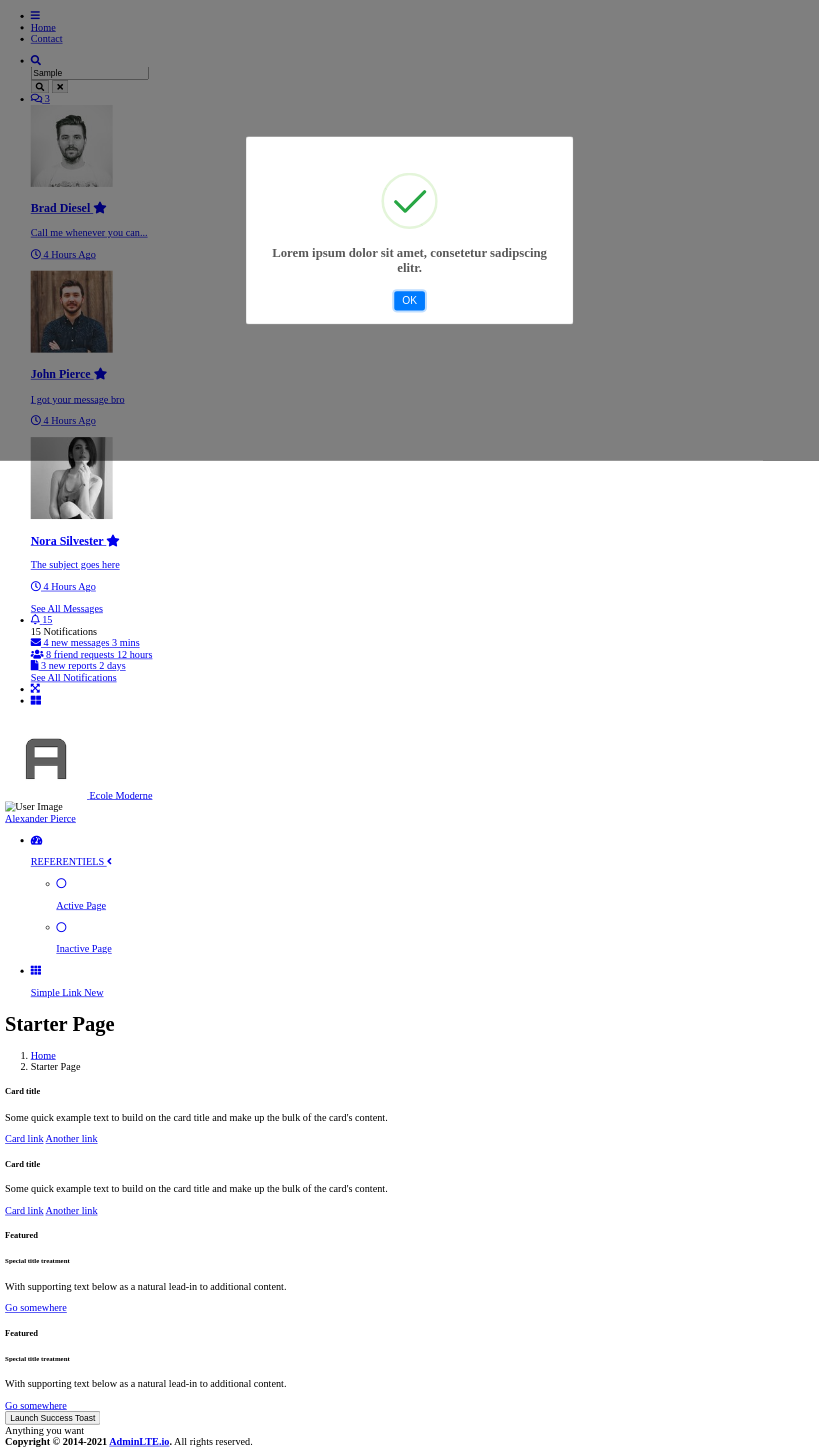
Repository: alangetelengo/SchoolV1
Page: http://localhost/
An editor plug-in stored every save of this project. The page is shown before and after the next save, followed by the edit.
The browser window is 1280 px wide. The pictures show the whole page, at 64% of full size.
Empty fields were first filled with sample values (such as "Sample", 5 or name@example.com).
After loading, the first visible `button.btn-success` was clicked once.
Some web fonts or font styles are not loaded; a fallback is used. The page is served by the project's Laravel application, run on PHP 8.4 with Laravel 9. Other server files are loaded and not shown.

Above is the page before, as saved 2023-04-19 13:43:07.

### routes/web.php
<?php

use Illuminate\Support\Facades\Route;

/*
|--------------------------------------------------------------------------
| Web Routes
|--------------------------------------------------------------------------
|
| Here is where you can register web routes for your application. These
| routes are loaded by the RouteServiceProvider within a group which
| contains the "web" middleware group. Now create something great!
|
*/

Route::get('/', function () {
    return view('accueil');
});

### resources/views/accueil.blade.php
@extends("layouts.app")
@section("corps")

<div class="content-wrapper">
    <div class="content-header">
        <div class="container-fluid">
            <div class="row mb-2">
                <div class="col-sm-6">
                    <h1 class="m-0">Starter Page</h1>
                </div>
                <div class="col-sm-6">
                    <ol class="breadcrumb float-sm-right">
                        <li class="breadcrumb-item"><a href="#">Home</a></li>
                        <li class="breadcrumb-item active">Starter Page</li>
                    </ol>
                </div>
            </div>
        </div>
    </div>
    <div class="content">
        <div class="container-fluid">
            <div class="row">
                <div class="col-lg-6">
                    <div class="card">
                        <div class="card-body">
                            <h5 class="card-title">Card title</h5>
                            <p class="card-text">
                                Some quick example text to build on the card title and make up the bulk of the card's
                                content.
                            </p>
                            <a href="#" class="card-link">Card link</a>
                            <a href="#" class="card-link">Another link</a>
                        </div>
                    </div>
                    <div class="card card-primary card-outline">
                        <div class="card-body">
                            <h5 class="card-title">Card title</h5>
                            <p class="card-text">
                                Some quick example text to build on the card title and make up the bulk of the card's
                                content.
                            </p>
                            <a href="#" class="card-link">Card link</a>
                            <a href="#" class="card-link">Another link</a>
                        </div>
                    </div>
                </div>

                <div class="col-lg-6">
                    <div class="card">
                        <div class="card-header">
                            <h5 class="m-0">Featured</h5>
                        </div>
                        <div class="card-body">
                            <h6 class="card-title">Special title treatment</h6>
                            <p class="card-text">With supporting text below as a natural lead-in to additional content.</p>
                            <a href="#" class="btn btn-primary">Go somewhere</a>
                        </div>
                    </div>
                    <div class="card card-primary card-outline">
                        <div class="card-header">
                            <h5 class="m-0">Featured</h5>
                        </div>
                        <div class="card-body">
                            <h6 class="card-title">Special title treatment</h6>
                            <p class="card-text">With supporting text below as a natural lead-in to additional content.</p>
                            <a href="#" class="btn btn-primary">Go somewhere</a>
                        </div>

                        <button type="button" class="btn btn-success swalDefaultSuccess">
                            Launch Success Toast
                            </button
                    </div>
                </div>
            </div>
        </div>
    </div>
</div>


@endsection
@section('scripts')
    <script>
       //toastr.success("message,title");
        $(function(){
            $('.swalDefaultSuccess').click(function() {
                Swal.fire({
                    icon: 'success',
                    title: 'Lorem ipsum dolor sit amet, consetetur sadipscing elitr.'
                })
            });
        });
    </script>
@endsection

### resources/views/layouts/app.blade.php
<!DOCTYPE html>
<html lang="{{ str_replace('_', '-', app()->getLocale()) }}">
    <head>
        <meta charset="utf-8">
        <meta name="viewport" content="width=device-width, initial-scale=1">

        <title>Laravel</title>

        <!-- Fonts -->
        <link href="https://fonts.bunny.net/css2?family=Nunito:wght@400;600;700&display=swap" rel="stylesheet">


        <link rel="stylesheet" href="https://fonts.googleapis.com/css?family=Source+Sans+Pro:300,400,400i,700&display=fallback">

        <link rel="stylesheet" href="{{ asset("plugins/fontawesome-free/css/all.min.css") }}">

        <link rel="stylesheet" href="{{ asset('plugins/sweetalert2-theme-bootstrap-4/bootstrap-4.min.css') }}">

        <link rel="stylesheet" href="{{ asset('plugins/toastr/toastr.min.css')}} ">

        <link rel="stylesheet" href="{{ asset("dist/css/adminlte.min.css?v=3.2.0") }}">

        @yield('styles')

    </head>
    <body class="hold-transition sidebar-mini">
        <div class="wrapper">
            @include("layouts.header")
            @include("layouts.sidebar")

            @yield("corps")

            @include("layouts.footer")
        </div>

    </body>
</html>

### resources/views/layouts/header.blade.php
<nav class="main-header navbar navbar-expand navbar-white navbar-light">

    <ul class="navbar-nav">
        <li class="nav-item">
        <a class="nav-link" data-widget="pushmenu" href="#" role="button"><i class="fas fa-bars"></i></a>
        </li>
        <li class="nav-item d-none d-sm-inline-block">
        <a href="index3.html" class="nav-link">Home</a>
        </li>
        <li class="nav-item d-none d-sm-inline-block">
        <a href="#" class="nav-link">Contact</a>
        </li>
    </ul>

    <ul class="navbar-nav ml-auto">

        <li class="nav-item">
            <a class="nav-link" data-widget="navbar-search" href="#" role="button">
                <i class="fas fa-search"></i>
            </a>
            <div class="navbar-search-block">
                <form class="form-inline">
                    <div class="input-group input-group-sm">
                        <input class="form-control form-control-navbar" type="search" placeholder="Search" aria-label="Search">
                        <div class="input-group-append">
                            <button class="btn btn-navbar" type="submit">
                                <i class="fas fa-search"></i>
                            </button>
                            <button class="btn btn-navbar" type="button" data-widget="navbar-search">
                                <i class="fas fa-times"></i>
                            </button>
                        </div>
                    </div>
                </form>
            </div>
        </li>

        <li class="nav-item dropdown">
                <a class="nav-link" data-toggle="dropdown" href="#">
                <i class="far fa-comments"></i>
                <span class="badge badge-danger navbar-badge">3</span>
                </a>
                <div class="dropdown-menu dropdown-menu-lg dropdown-menu-right">
                <a href="#" class="dropdown-item">

                <div class="media">
                <img src="dist/img/user1-128x128.jpg" alt="User Avatar" class="img-size-50 mr-3 img-circle">
                <div class="media-body">
                <h3 class="dropdown-item-title">
                Brad Diesel
                <span class="float-right text-sm text-danger"><i class="fas fa-star"></i></span>
                </h3>
                <p class="text-sm">Call me whenever you can...</p>
                <p class="text-sm text-muted"><i class="far fa-clock mr-1"></i> 4 Hours Ago</p>
                </div>
                </div>

                </a>
                <div class="dropdown-divider"></div>
                <a href="#" class="dropdown-item">

                <div class="media">
                <img src="dist/img/user8-128x128.jpg" alt="User Avatar" class="img-size-50 img-circle mr-3">
                <div class="media-body">
                <h3 class="dropdown-item-title">
                John Pierce
                <span class="float-right text-sm text-muted"><i class="fas fa-star"></i></span>
                </h3>
                <p class="text-sm">I got your message bro</p>
                <p class="text-sm text-muted"><i class="far fa-clock mr-1"></i> 4 Hours Ago</p>
                </div>
                </div>

                </a>
                <div class="dropdown-divider"></div>
                <a href="#" class="dropdown-item">

                <div class="media">
                <img src="dist/img/user3-128x128.jpg" alt="User Avatar" class="img-size-50 img-circle mr-3">
                <div class="media-body">
                <h3 class="dropdown-item-title">
                Nora Silvester
                <span class="float-right text-sm text-warning"><i class="fas fa-star"></i></span>
                </h3>
                <p class="text-sm">The subject goes here</p>
                <p class="text-sm text-muted"><i class="far fa-clock mr-1"></i> 4 Hours Ago</p>
                </div>
                </div>

                </a>
                <div class="dropdown-divider"></div>
                <a href="#" class="dropdown-item dropdown-footer">See All Messages</a>
                </div>
        </li>

        <li class="nav-item dropdown">
                <a class="nav-link" data-toggle="dropdown" href="#">
                <i class="far fa-bell"></i>
                <span class="badge badge-warning navbar-badge">15</span>
                </a>
                <div class="dropdown-menu dropdown-menu-lg dropdown-menu-right">
                <span class="dropdown-header">15 Notifications</span>
                <div class="dropdown-divider"></div>
                <a href="#" class="dropdown-item">
                <i class="fas fa-envelope mr-2"></i> 4 new messages
                <span class="float-right text-muted text-sm">3 mins</span>
                </a>
                <div class="dropdown-divider"></div>
                <a href="#" class="dropdown-item">
                <i class="fas fa-users mr-2"></i> 8 friend requests
                <span class="float-right text-muted text-sm">12 hours</span>
                </a>
                <div class="dropdown-divider"></div>
                <a href="#" class="dropdown-item">
                <i class="fas fa-file mr-2"></i> 3 new reports
                <span class="float-right text-muted text-sm">2 days</span>
                </a>
                <div class="dropdown-divider"></div>
                <a href="#" class="dropdown-item dropdown-footer">See All Notifications</a>
                </div>
        </li>
        <li class="nav-item">
            <a class="nav-link" data-widget="fullscreen" href="#" role="button">
            <i class="fas fa-expand-arrows-alt"></i>
            </a>
        </li>
        <li class="nav-item">
            <a class="nav-link" data-widget="control-sidebar" data-slide="true" href="#" role="button">
            <i class="fas fa-th-large"></i>
            </a>
        </li>
    </ul>
</nav>

### resources/views/layouts/sidebar.blade.php
<aside class="main-sidebar sidebar-dark-primary elevation-4">

    <a href="index3.html" class="brand-link">
        <img src="dist/img/AdminLTELogo.png" alt="Ecole Logo" class="brand-image img-circle elevation-3" style="opacity: .8">
        <span class="brand-text font-weight-light">Ecole Moderne</span>
    </a>

    <div class="sidebar">

        <div class="user-panel mt-3 pb-3 mb-3 d-flex">
            <div class="image">
                <img src="#" class="img-circle elevation-2" alt="User Image">
            </div>
            <div class="info">
                <a href="#" class="d-block">Alexander Pierce</a>
            </div>
        </div>

        {{-- <div class="form-inline">
            <div class="input-group" data-widget="sidebar-search">
                <input class="form-control form-control-sidebar" type="search" placeholder="Search" aria-label="Search">
                <div class="input-group-append">
                    <button class="btn btn-sidebar">
                        <i class="fas fa-search fa-fw"></i>
                    </button>
                </div>
            </div>
        </div> --}}

        <nav class="mt-2">
            <ul class="nav nav-pills nav-sidebar flex-column" data-widget="treeview" role="menu" data-accordion="false">

                <li class="nav-item menu-close">
                    <a href="#" class="nav-link active">
                        <i class="nav-icon fas fa-tachometer-alt"></i>
                        <p>
                           REFERENTIELS
                            <i class="right fas fa-angle-left"></i>
                        </p>
                    </a>
                    <ul class="nav nav-treeview">
                        <li class="nav-item">
                            <a href="#" class="nav-link active">
                                <i class="far fa-circle nav-icon"></i>
                                <p>Active Page</p>
                            </a>
                        </li>
                        <li class="nav-item">
                            <a href="#" class="nav-link">
                                <i class="far fa-circle nav-icon"></i>
                                <p>Inactive Page</p>
                            </a>
                        </li>
                    </ul>
                </li>
                <li class="nav-item">
                    <a href="#" class="nav-link">
                        <i class="nav-icon fas fa-th"></i>
                        <p>
                            Simple Link
                            <span class="right badge badge-danger">New</span>
                        </p>
                    </a>
                </li>
            </ul>
        </nav>

    </div>
</aside>

### resources/views/layouts/footer.blade.php

    <aside class="control-sidebar control-sidebar-dark">

        <div class="p-3">
            <h5>Title</h5>
            <p>Sidebar content</p>
        </div>
    </aside>


    <footer class="main-footer">

        <div class="float-right d-none d-sm-inline">
            Anything you want
        </div>

        <strong>Copyright &copy; 2014-2021 <a href="https://adminlte.io">AdminLTE.io</a>.</strong> All rights reserved.
    </footer>
    </div>



    <script src="{{ asset('plugins/jquery/jquery.min.js') }}"></script>

    <script src="{{ asset('plugins/bootstrap/js/bootstrap.bundle.min.js') }}"></script>

    <script src="{{ asset('plugins/sweetalert2/sweetalert2.min.js') }}"></script>

    <script src="{{ asset('plugins/toastr/toastr.min.js') }}"></script>

    <script src="{{ asset('dist/js/adminlte.min.js?v=3.2.0') }}"></script>


    <script>
        $(function(){

        $.ajaxSetup({
            headers: {
                'X-CSRF-TOKEN': $('meta[name="csrf-token"]').attr('content')
            }
        });
        });

        function notification(type,message,title=null)
        {
            switch (type) {
            case "success":
                toastr.success(message,title);
                break;

            case "warning":
                toastr.warning(message,title);
                break;

            case "error":
                toastr.error(message,title);
                break;

            default:
                break;
            }
        }
    </script>

    @yield('scripts')

Loaded but not shown: public/plugins/fontawesome-free/css/all.min.css (library); public/plugins/sweetalert2-theme-bootstrap-4/bootstrap-4.min.css (library); public/plugins/toastr/toastr.min.css (library); public/plugins/jquery/jquery.min.js (library); public/plugins/bootstrap/js/bootstrap.bundle.min.js (library); public/plugins/sweetalert2/sweetalert2.min.js (library); public/plugins/toastr/toastr.min.js (library); public/dist/js/adminlte.min.js (library)

After the next save:
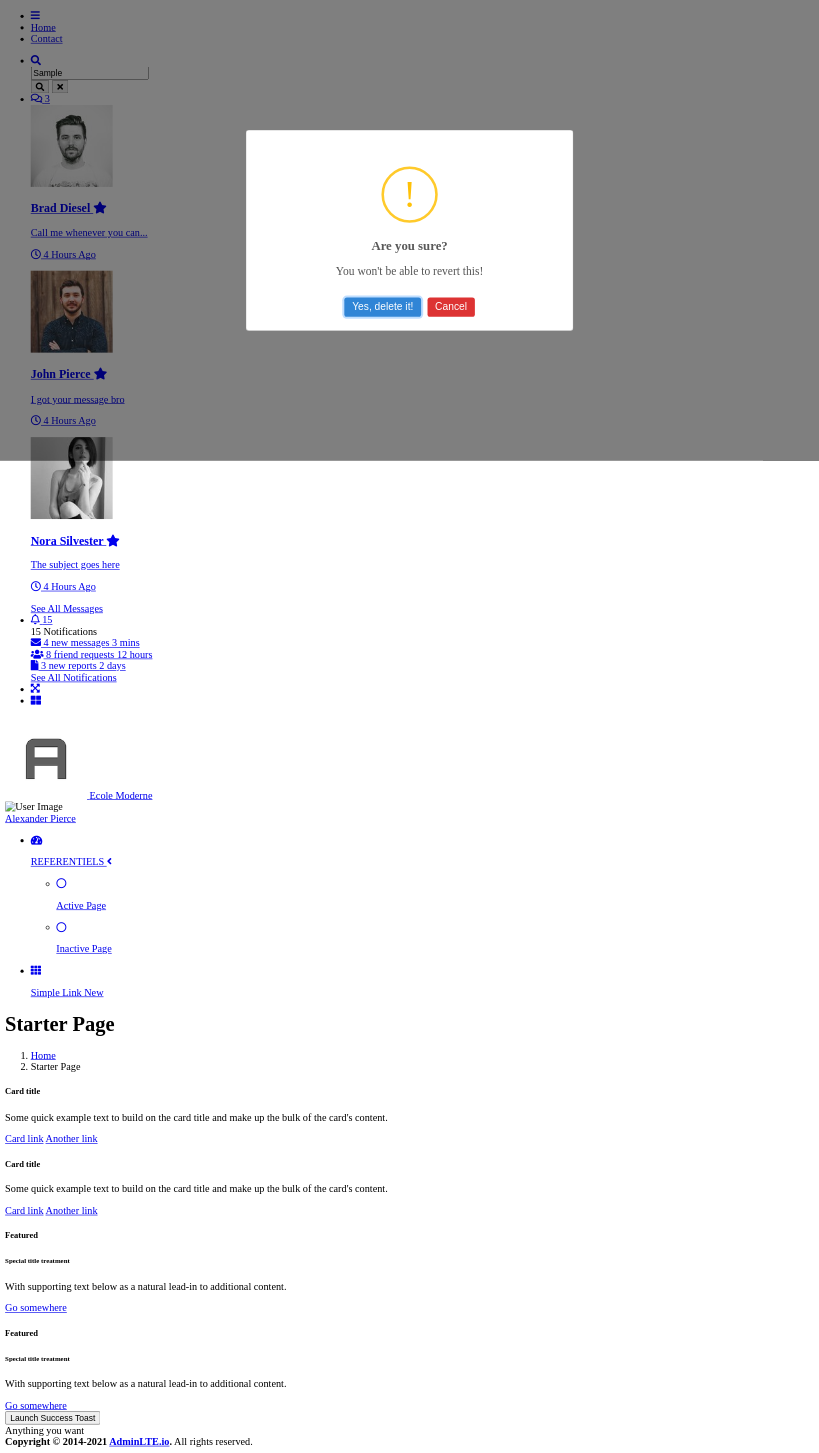
Saved 2 min 59 s later.
--- a/resources/views/accueil.blade.php
+++ b/resources/views/accueil.blade.php
@@ -84,9 +84,22 @@
         $(function(){
             $('.swalDefaultSuccess').click(function() {
                 Swal.fire({
-                    icon: 'success',
-                    title: 'Lorem ipsum dolor sit amet, consetetur sadipscing elitr.'
-                })
+  title: 'Are you sure?',
+  text: "You won't be able to revert this!",
+  icon: 'warning',
+  showCancelButton: true,
+  confirmButtonColor: '#3085d6',
+  cancelButtonColor: '#d33',
+  confirmButtonText: 'Yes, delete it!'
+}).then((result) => {
+  if (result.isConfirmed) {
+    Swal.fire(
+      'Deleted!',
+      'Your file has been deleted.',
+      'success'
+    )
+  }
+})
             });
         });
     </script>

After the save that followed:
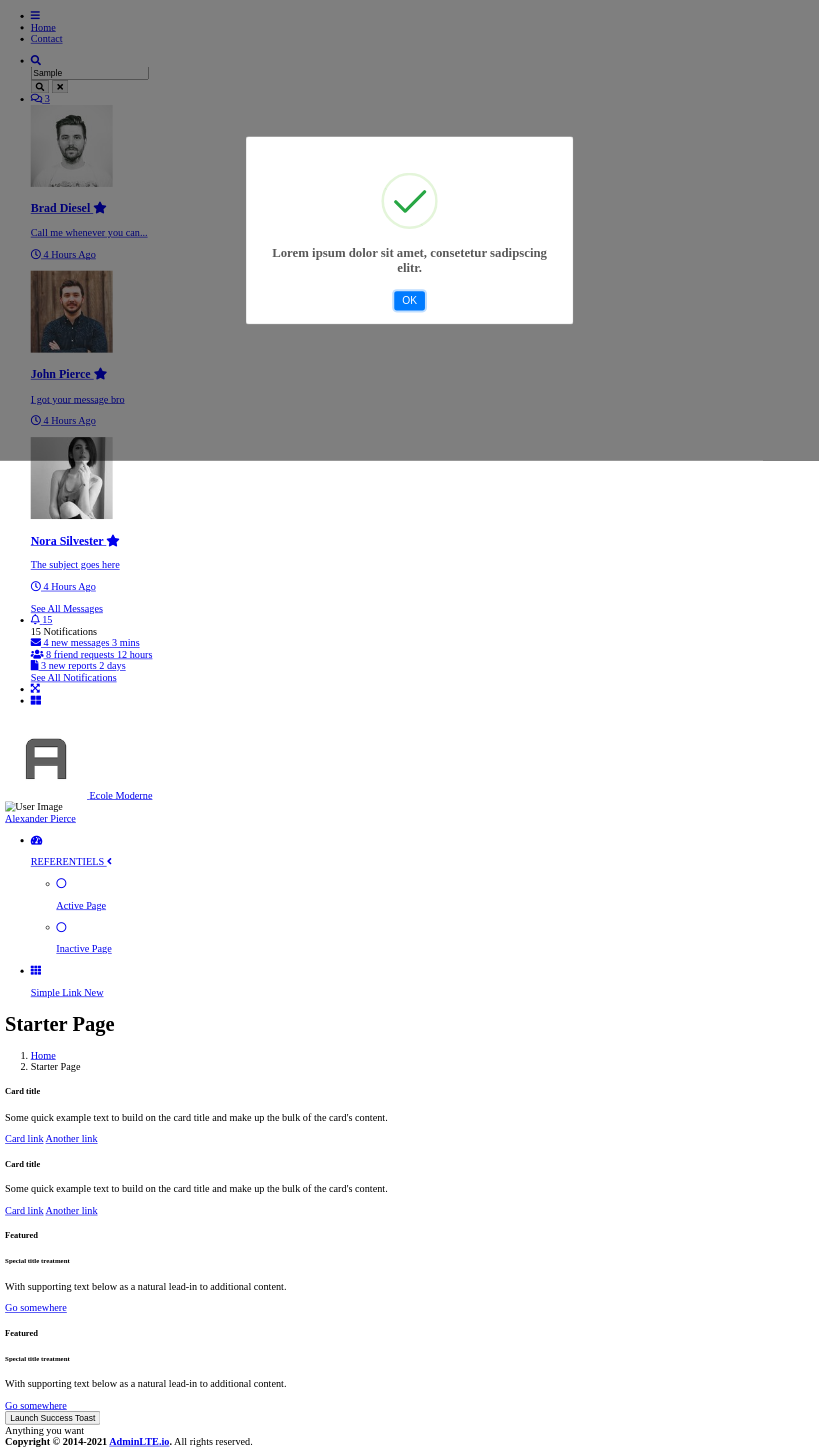
Saved 5 s later.
--- a/resources/views/accueil.blade.php
+++ b/resources/views/accueil.blade.php
@@ -84,22 +84,9 @@
         $(function(){
             $('.swalDefaultSuccess').click(function() {
                 Swal.fire({
-  title: 'Are you sure?',
-  text: "You won't be able to revert this!",
-  icon: 'warning',
-  showCancelButton: true,
-  confirmButtonColor: '#3085d6',
-  cancelButtonColor: '#d33',
-  confirmButtonText: 'Yes, delete it!'
-}).then((result) => {
-  if (result.isConfirmed) {
-    Swal.fire(
-      'Deleted!',
-      'Your file has been deleted.',
-      'success'
-    )
-  }
-})
+                    icon: 'success',
+                    title: 'Lorem ipsum dolor sit amet, consetetur sadipscing elitr.'
+                })
             });
         });
     </script>
